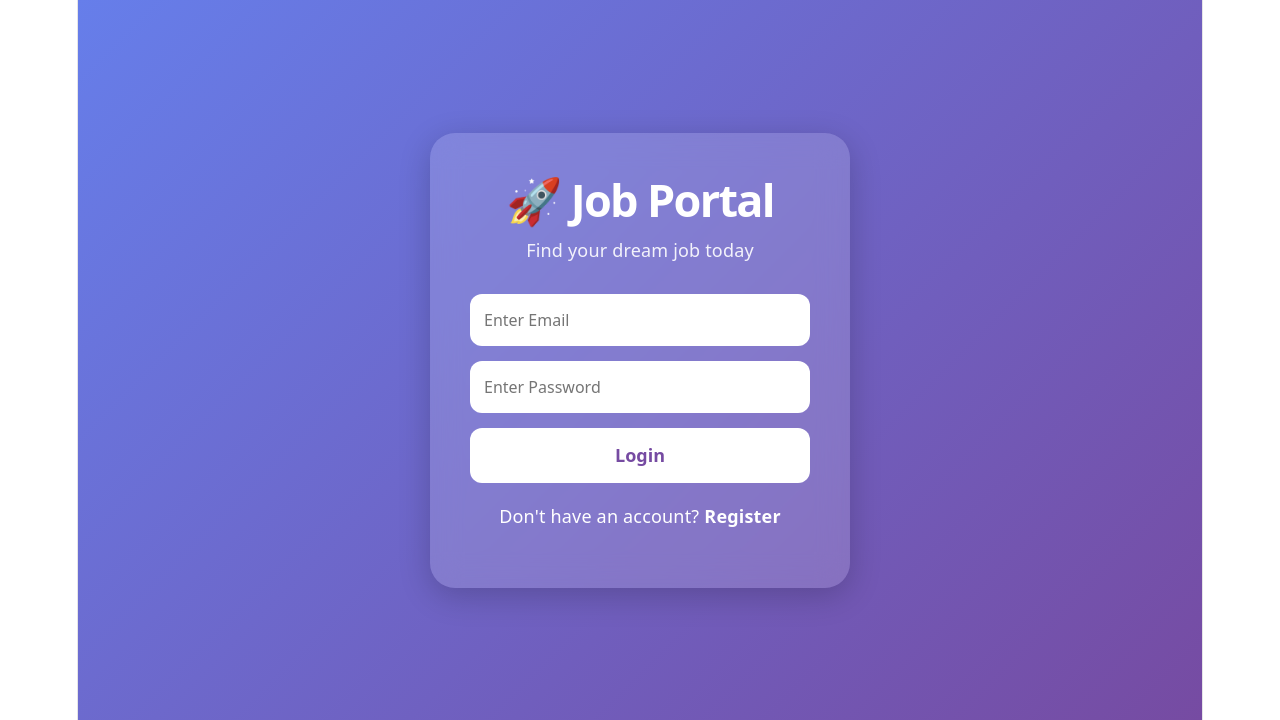
Repository: vijaymp1214/Job-Portal-Management-System
Page: / (app in frontend/)
An editor plug-in stored every save of this project. The page is shown before and after the next save, followed by the edit.
The browser window is 1280 px wide. The pictures show the whole page.
The project was rebuilt for these pictures with package versions that can differ from the ones it lists, and the page was loaded fresh each time. Also part of the build but not shown: frontend/vite.config.js, frontend/src/pages/Register.jsx.

Above is the page before, as saved 2026-06-01 11:30:07.

After the next save:
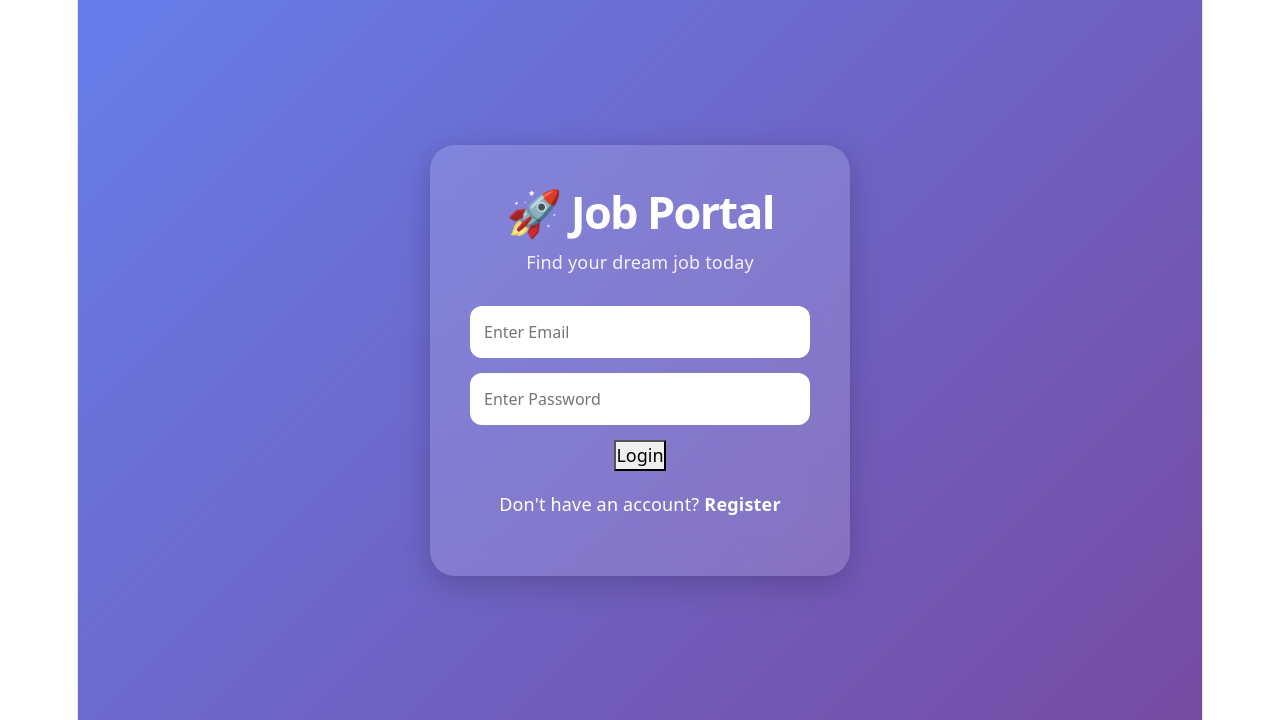
Saved 2 min 56 s later.
--- a/frontend/src/pages/Login.jsx
+++ b/frontend/src/pages/Login.jsx
@@ -58,10 +58,7 @@ function Login() {
           onChange={(e) => setPassword(e.target.value)}
         />
 
-        <button
-  className="login-btn"
-  onClick={() => alert("Button Clicked")}
->
+  <button onClick={() => alert("Clicked")}>
   Login
 </button>
 
